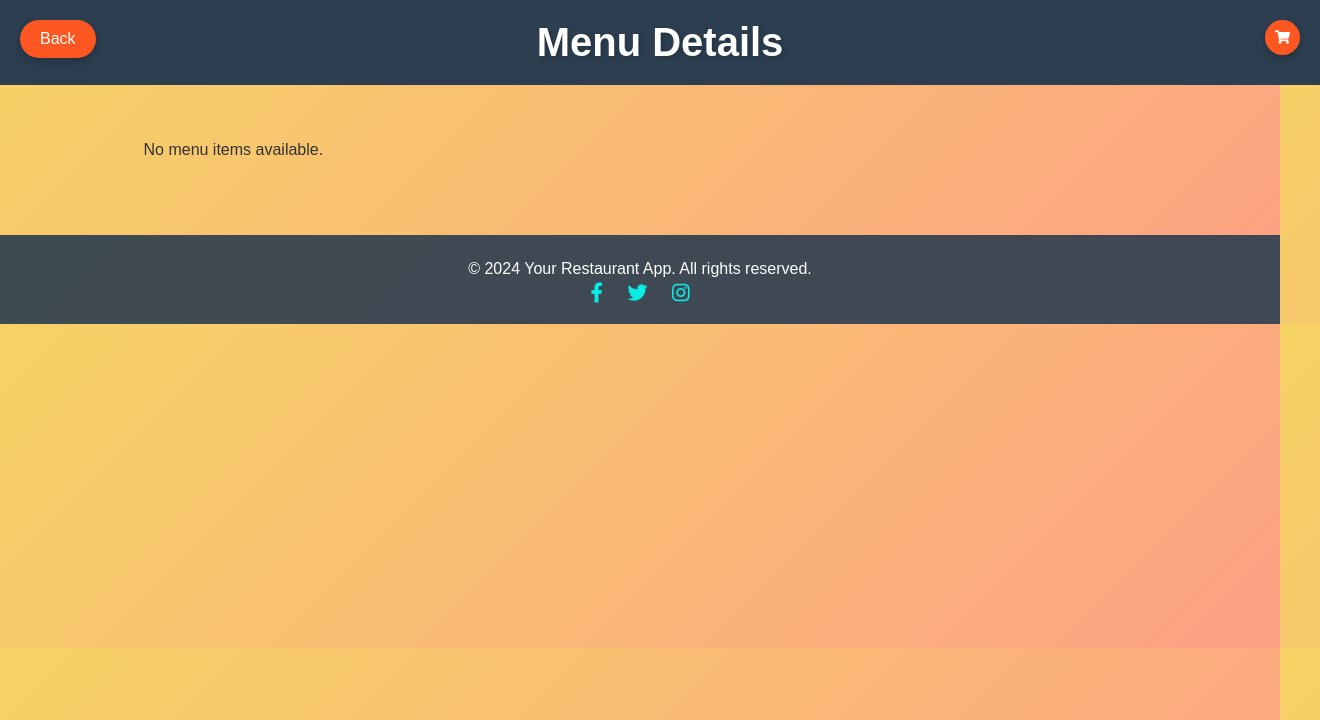
Repository: Masood395/Food-App
Page: http://localhost/FoodApp/getMenu.jsp
The author's editor kept a copy of each file at every save. The page is drawn from the files as they stood at one save, then again after the next save.
The browser window is 1280 px wide. The page is 1320 px wide, so the pictures cover 1320 px, including what lies to the right of the window. The pictures show the whole page.
The page is served by Tomcat 9. Other server files are loaded and not shown.

Above is the page before, as saved 2024-11-12 19:33:31.

### FoodApp/src/main/webapp/getMenu.jsp
<%@ page language="java" contentType="text/html; charset=UTF-8" pageEncoding="UTF-8"%>
<%@ page import="java.util.List" %>
<%@ page import="com.tap.menu.Menu" %>

<!DOCTYPE html>
<html lang="en">
<head>
    <meta charset="UTF-8">
    <meta name="viewport" content="width=device-width, initial-scale=1.0">
    <title>Menu Details</title>
    <link rel="stylesheet" href="https://cdnjs.cloudflare.com/ajax/libs/font-awesome/5.15.4/css/all.min.css">
    <style>
        /* General Styling */
        body {
            font-family: 'Arial', sans-serif;
            background: linear-gradient(135deg, #f6d365 0%, #fda085 100%);
            margin: 0;
            padding: 0;
            box-sizing: border-box;
            color: #333;
        }

        /* Header Styling */
        header {
            background: #2C3E50;
            color: white;
            padding: 20px;
            text-align: center;
            position: relative;
            width: 100%;
        }

        header h1 {
            margin: 0;
            font-size: 2.5em;
            font-weight: bold;
            text-shadow: 2px 2px 4px rgba(0, 0, 0, 0.2);
        }

        /* Back Button Styling */
        .back-button {
            position: absolute;
            top: 20px;
            left: 20px;
            padding: 10px 20px;
            background: #FF5722;
            color: white;
            font-size: 1em;
            border: none;
            border-radius: 50px;
            cursor: pointer;
            transition: background 0.3s ease;
            box-shadow: 0 4px 8px rgba(0, 0, 0, 0.2);
        }

        .back-button:hover {
            background: #E64A19;
        }

        /* Cart Icon Styling */
        .cart-icon {
            position: absolute;
            top: 20px;
            right: 20px;
            background: #FF5722;
            color: white;
            border: none;
            border-radius: 50%;
            padding: 10px;
            cursor: pointer;
            transition: transform 0.3s ease, background 0.3s ease;
            box-shadow: 0 4px 8px rgba(0, 0, 0, 0.2);
        }

        .cart-icon:hover {
            transform: scale(1.1);
            background: #E64A19;
        }

        /* Grid Container for Cards */
        .container {
            display: grid;
            grid-template-columns: repeat(auto-fill, minmax(300px, 1fr));
            gap: 20px;
            padding: 40px;
            justify-items: center;
        }

        /* Card Styling */
        .card {
            background: #fff;
            border-radius: 15px;
            overflow: hidden;
            width: 100%;
            max-width: 350px;
            box-shadow: 0 10px 20px rgba(0, 0, 0, 0.15);
            transition: transform 0.3s ease, box-shadow 0.3s ease;
        }

        .card:hover {
            transform: translateY(-10px);
            box-shadow: 0 15px 30px rgba(0, 0, 0, 0.25);
        }

        .card img {
            width: 100%;
            height: 250px;
            object-fit: cover;
        }

        .card-body {
            padding: 20px;
            text-align: center;
        }

        .card h2 {
            font-size: 1.8em;
            color: #333;
            margin: 10px 0;
        }

        .price {
            font-size: 1.4em;
            color: #FF5722;
            font-weight: bold;
            margin: 10px 0;
        }

        .rating {
            font-size: 1em;
            color: #FFC107;
            margin: 5px 0;
        }

        .availability {
            font-weight: bold;
            margin-top: 5px;
            color: #555;
        }

        .available {
            color: #4CAF50;
        }

        .not-available {
            color: #E74C3C;
        }

        .add-to-cart {
            background: #28a745;
            color: white;
            border: none;
            border-radius: 30px;
            padding: 10px 20px;
            font-size: 1em;
            cursor: pointer;
            transition: background 0.3s ease;
            margin-top: 15px;
            width: 100%;
        }

        .add-to-cart:hover {
            background: #218838;
        }

        .quantity-selector {
            margin-top: 15px;
            display: flex;
            align-items: center;
            justify-content: center;
        }

        .quantity-selector select {
            padding: 8px;
            border-radius: 5px;
            border: 1px solid #ccc;
            margin-right: 10px;
            font-size: 1em;
        }

        /* Footer Styling */
        footer {
            background: rgba(44, 62, 80, 0.9);
            padding: 20px;
            text-align: center;
            color: #fff;
            margin-top: 20px;
        }

        footer p {
            margin: 5px 0;
        }

        .social-icons a {
            margin: 0 10px;
            color: #08eee5;
            font-size: 20px;
            transition: color 0.3s;
            text-decoration: none;
        }

        .social-icons a:hover {
            color: #ff5722;
        }

        /* Responsive Styling */
        @media (max-width: 768px) {
            header h1 {
                font-size: 2em;
            }
            .container {
                padding: 20px;
            }
        }

        @media (max-width: 480px) {
            header h1 {
                font-size: 1.5em;
            }
            .back-button {
                padding: 6px 12px;
                font-size: 0.9em;
            }
            .cart-icon {
                padding: 8px;
                font-size: 0.9em;
            }
        }
    </style>
</head>
<body>

<header>
    <h1>Menu Details</h1>
    <button class="back-button" onclick="window.history.back();">Back</button>
    <button class="cart-icon" onclick="window.location.href='cart.jsp';">
        <i class="fas fa-shopping-cart"></i>
    </button>
</header>

<div class="container">
    <%
        List<Menu> mList = (List<Menu>) session.getAttribute("menuList");
        if (mList != null && !mList.isEmpty()) {
            for(Menu mnu : mList) {
    %>
        <div class="card">
            <img src="<%= mnu.getImage() %>" alt="<%= mnu.getMenuName() %>">
            <div class="card-body">
                <h2><%= mnu.getMenuName() %></h2>
                <p><strong>Description:</strong> <%= mnu.getDescription() %></p>
                <p class="price">$<%= mnu.getPrice() %></p>
                <p class="rating">Rating: <%= mnu.getRating() %> / 5</p>
                <p class="availability <%= mnu.isAvailable() ? "available" : "not-available" %>">
                    <%= mnu.isAvailable() ? "Available" : "Not Available" %>
                </p>
                <div class="quantity-selector">
                    <form action="addcartcntrl" method="post">
                        <select name="quantity">
                            <% for (int i = 1; i <= 10; i++) { %>
                                <option value="<%= i %>"><%= i %></option>
                            <% } %>
                        </select>
                        <input type="hidden" name="id" value="<%= mnu.getMenuId() %>">
                        <input type="hidden" name="img" value="<%= mnu.getImage() %>">
                        <button type="submit" class="add-to-cart">Add to Cart</button>
                    </form>
                </div>
            </div>
        </div>
    <%
            }
        } else {
            out.println("<p>No menu items available.</p>");
        }
    %>
</div>

<footer>
    <p>&copy;  2024 Your Restaurant App. All rights reserved.</p>
    <div class="social-icons">
        <a href="#" class="fab fa-facebook-f"></a>
        <a href="#" class="fab fa-twitter"></a>
        <a href="#" class="fab fa-instagram"></a>
    </div>
</footer>

</body>
</html>

After the next save:
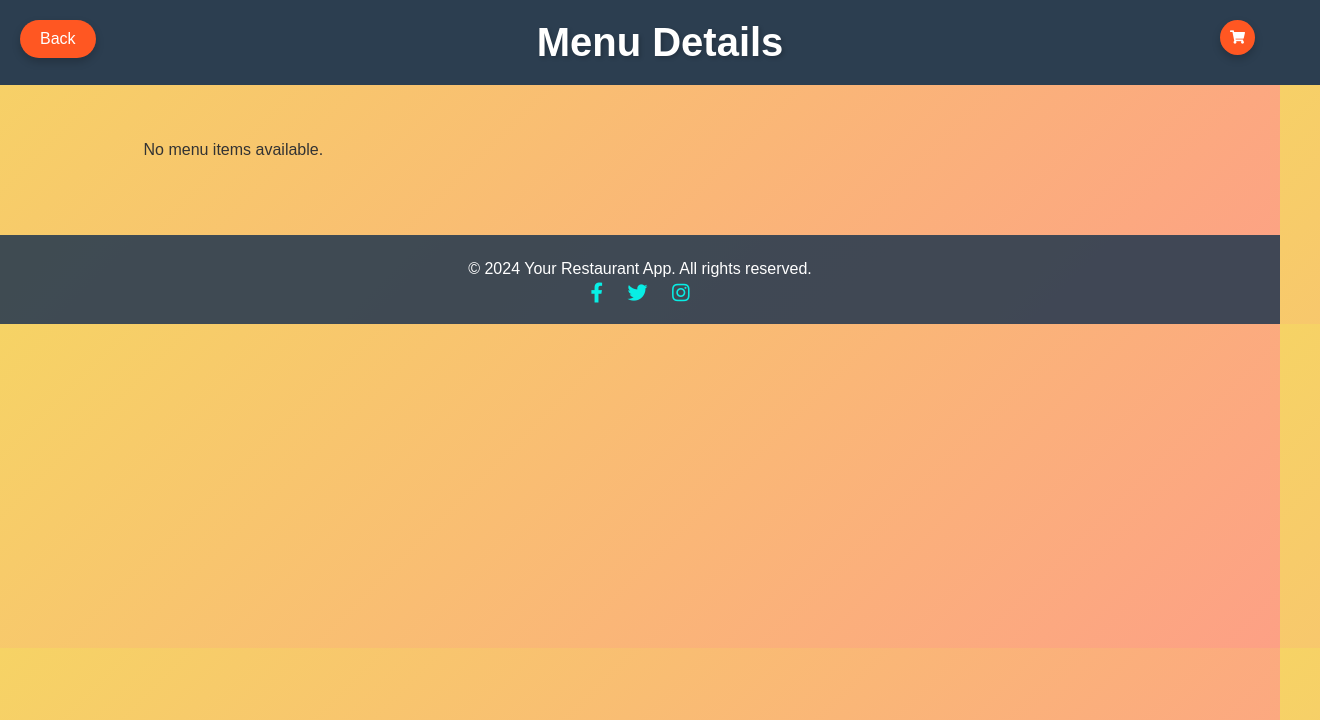
Saved 4 min 1 s later.
--- a/FoodApp/src/main/webapp/getMenu.jsp
+++ b/FoodApp/src/main/webapp/getMenu.jsp
@@ -61,7 +61,7 @@
         .cart-icon {
             position: absolute;
             top: 20px;
-            right: 20px;
+            right: 65px;
             background: #FF5722;
             color: white;
             border: none;
